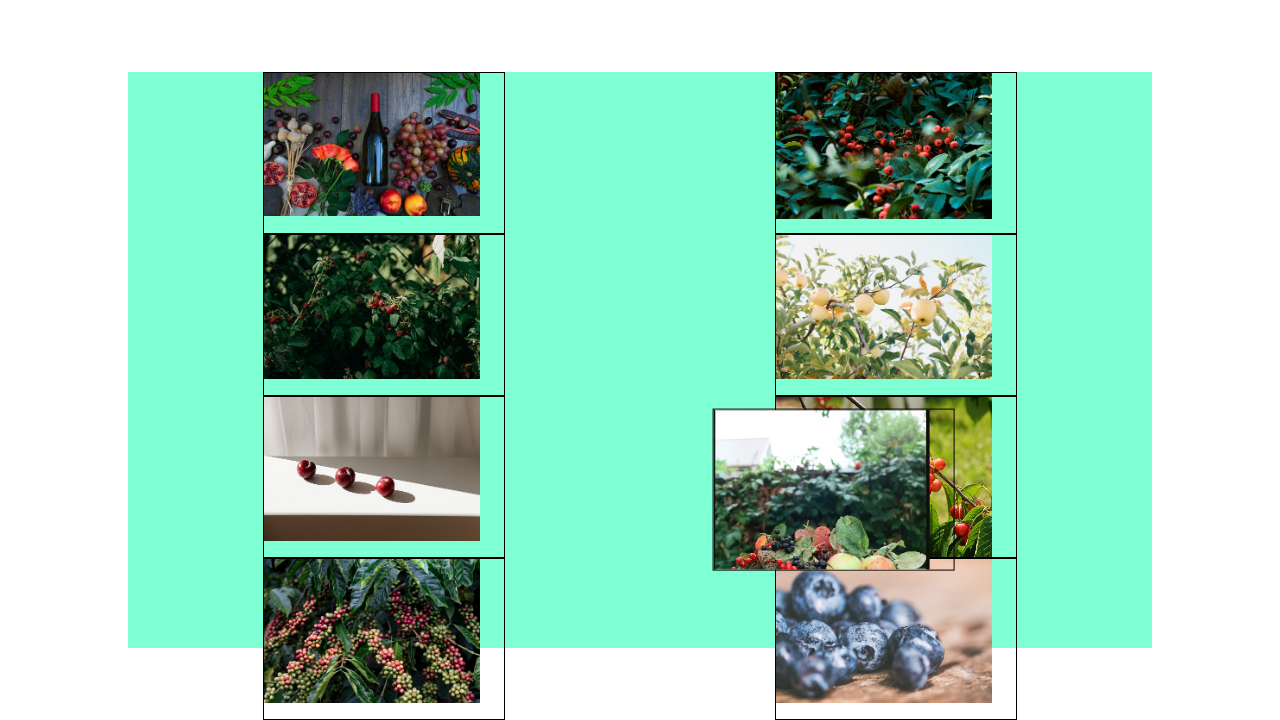
Repository: lidkaa/devTasks
Page: 0. Zadania Testowe/zadania/FlexboxCentered.html
These files come from the project's save history. The page is drawn as it stood at one moment and after the next save; the edit follows.
The browser window is 1280 px wide. The pictures show the whole page.
The pointer rests on the first visible `.cell`.

Above is the page before, as saved 2022-01-31 14:38:12.

### 0. Zadania Testowe/zadania/FlexboxCentered.html
<!DOCTYPE html>
<html lang="en">
<head>
    <meta charset="UTF-8">
    <meta http-equiv="X-UA-Compatible" content="IE=edge">
    <meta name="viewport" content="width=device-width, initial-scale=1.0">
    <link rel="stylesheet" type="text/css" href="flexboxcentered.css">
    <title>Document</title>
</head>
<body>
    <div class="presentation">
        <ul class="cells">
            <li class="cell">
                <img src="./pexel/pexel1.jpg"/>
            </li>
            <li class="cell">
                <img src="./pexel/pexel2.jpg"/>
            </li>
            <li class="cell">
                <img src="./pexel/pexel3.jpg"/>
            </li>
            <li class="cell">
                <img src="./pexel/pexel4.jpg"/>
            </li>
            <li class="cell">
                <img src="./pexel/pexel5.jpg"/>
            </li>
            <li class="cell">
                <img src="./pexel/pexel6.jpg"/>
            </li>
            <li class="cell">
                <img src="./pexel/pexel7.jpg"/>
            </li>
            <li class="cell">
                <img src="./pexel/pexel8.jpg"/>
            </li>
            <li class="cell">
                <img src="./pexel/pexel9.jpg"/>
            </li>
        </ul>
    </div>
</body>
</html>

### 0. Zadania Testowe/zadania/flexboxcentered.css
* {
    margin: 0;
    padding: 0;
}

.presentation {
    position: fixed;
    height: 100vh;
    width: 100vw;
    display: flex;
    justify-content: center;
    align-items: center;
}

.cells {
    display: flex;
    justify-content: space-around;
    align-items: center;
    flex-direction: row;
    flex-wrap: wrap;
    list-style-type: none;
    height: 80vh;
    width: 80vw;
    background-color: aquamarine;
}

.cell {
    height: 10em;
    width: 15em;
    border: 1px solid black;
    margin: 0 90px;
    overflow: hidden;
    transition: 2s , ease-in-out;
}

img {
    max-width: 90%;
    height: auto;
    object-fit: fill;
  }

  .cell:hover {
      position: fixed;
      transform: translate(80%,80%);
  }

After the next save:
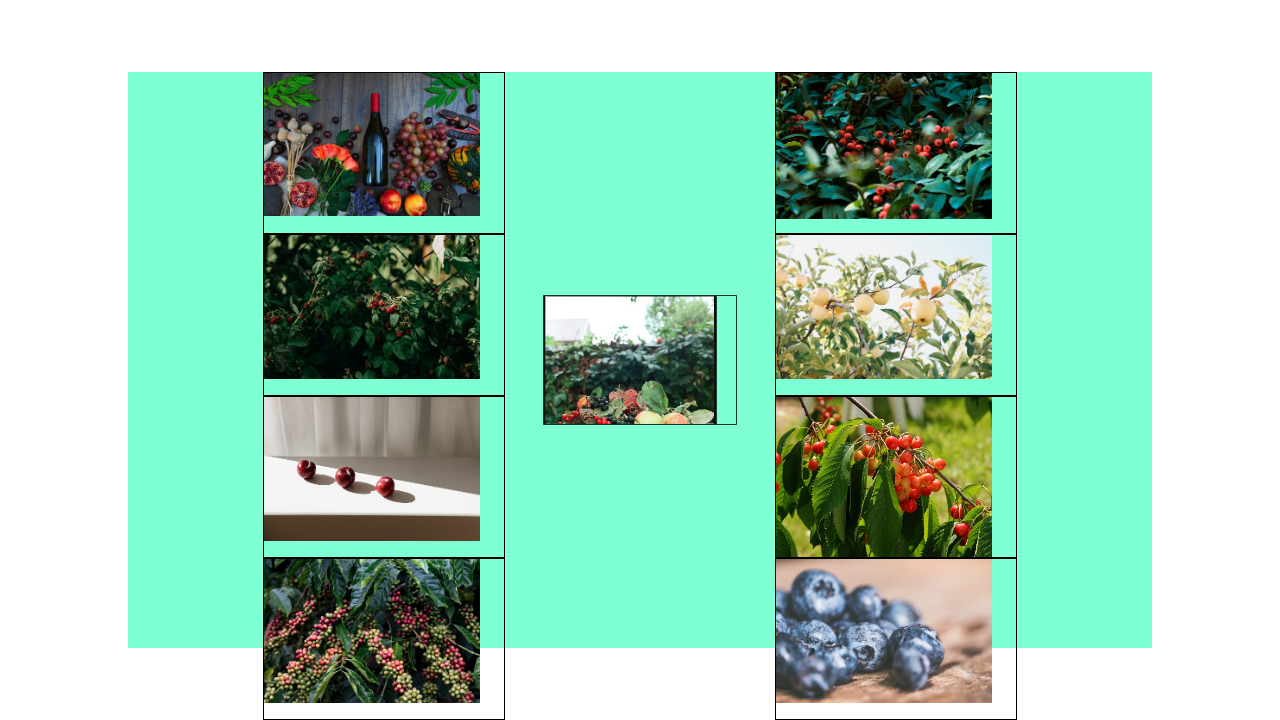
Saved 34 s later.
--- a/0. Zadania Testowe/zadania/flexboxcentered.css
+++ b/0. Zadania Testowe/zadania/flexboxcentered.css
@@ -41,5 +41,5 @@ img {
 
   .cell:hover {
       position: fixed;
-      transform: translate(80%,80%);
+      transform: scale(80%,80%)
   }
